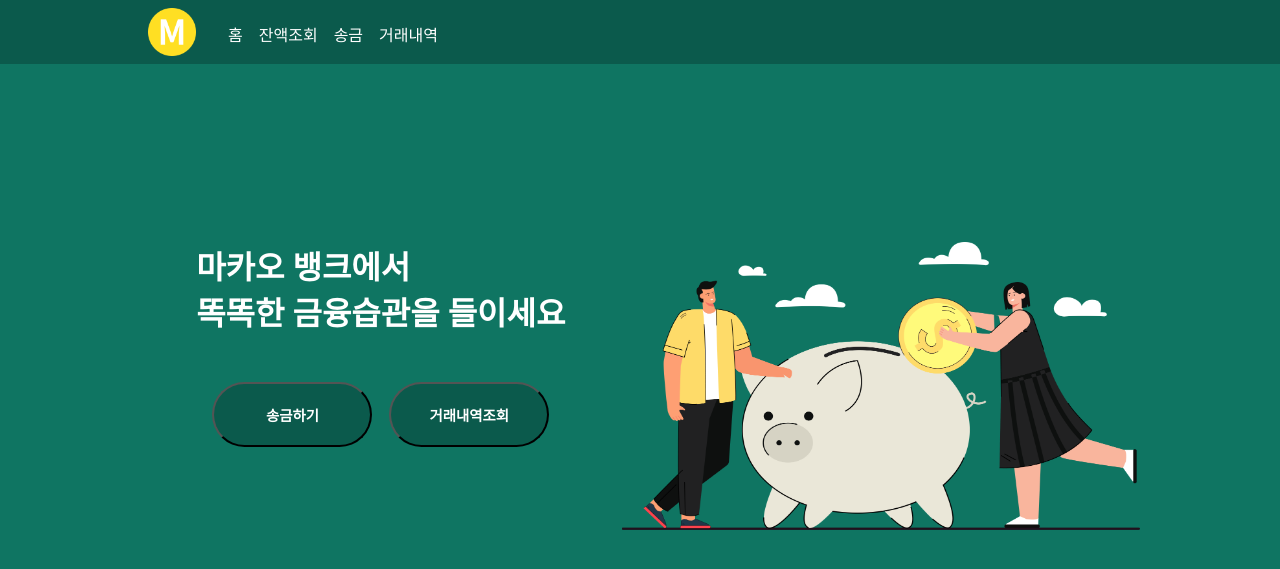
Repository: JiNookk/makaobank
Page: week06/makaoBank/index.html
An editor plug-in stored every save of this project. The page is shown before and after the next save, followed by the edit.
The browser window is 1280 px wide. The pictures show the whole page.
The pointer rests on the first visible `button`.

Above is the page before, as saved 2022-09-13 20:04:04.

After the next save:
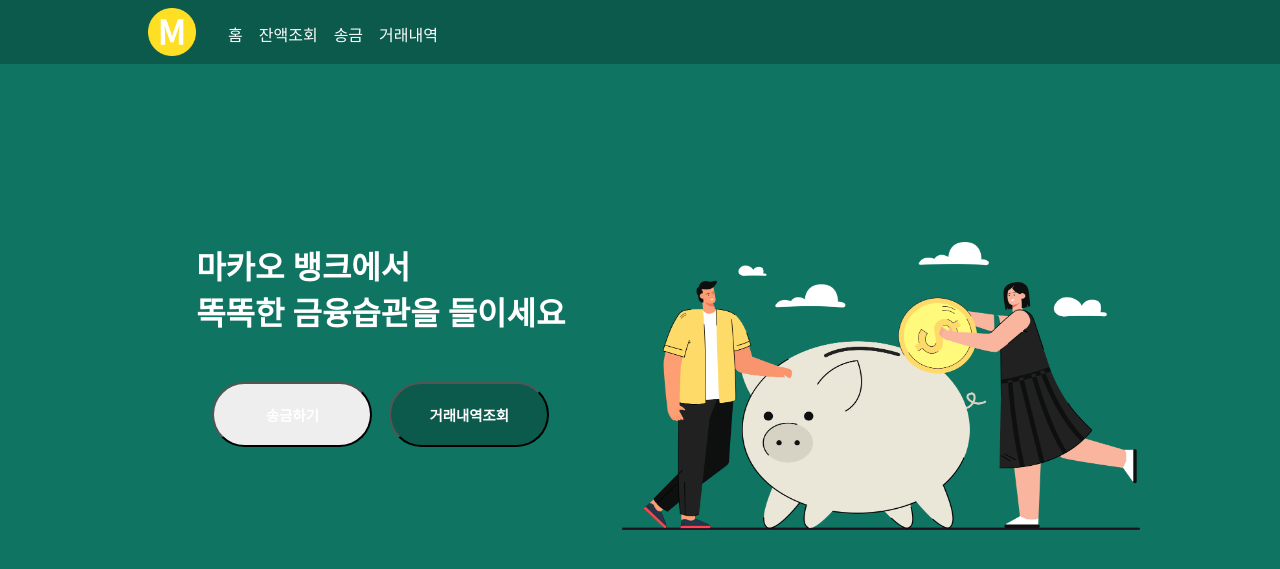
Saved 19 s later.
--- a/week06/makaoBank/css/elements.css
+++ b/week06/makaoBank/css/elements.css
@@ -13,7 +13,7 @@ p{
     margin-bottom: .8rem;
 }
 
-button:hover{
+#transfer-link-button:hover{
     background-color: rgb(238,238,238);
 }
 
